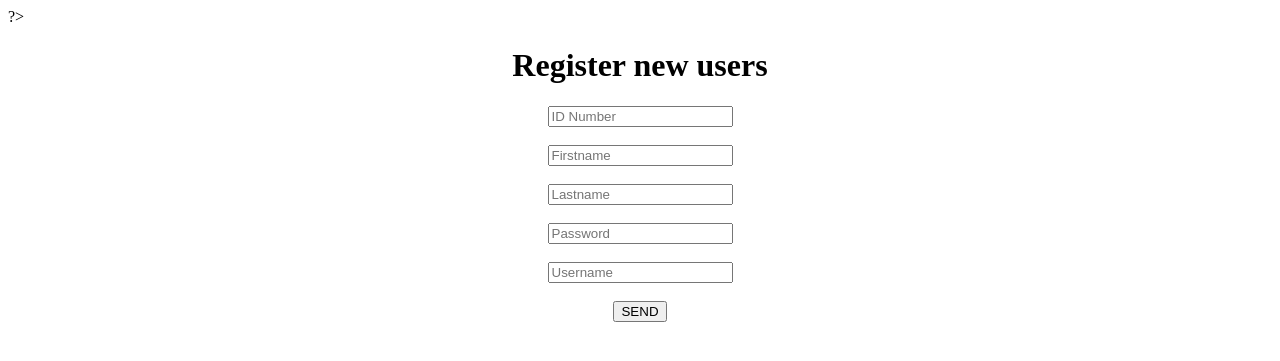
Repository: oforbes/CMail
Page: http://localhost/register.php
The author's editor kept a record of every edit. The page is drawn from the files as they stood at one moment, then again after the next edit.
The browser window is 1280 px wide. The pictures show the whole page.
The page is run by PHP 8.4 with error messages shown; the project is at /var/www/html/.

Above is the page before.

### register.php

<?php
/*
session_start();

if(isset($_SESSION['username'])!="")
{
 header("Location: main.php");
}
//include_once 'dbconnect.php';

if(isset($_POST['regbtn']))
{
 $firstname =$_POST['firstname'];
 $lastname = $_POST['lastname'];
 $password = $_POST['pword'];
 $username = $_POST['uname'];

 if(mysql_query("INSERT INTO user (firstname,lastname,password,username) VALUES('$firstname','$lastname','$password','$username')"))
 {
  ?>
        <script>alert('successfully registered ');</script>
        <?php
 }
 else
 {
  ?>
        <script>alert('error while registering you...');</script>
        <?php
 }
}
*/
/*

if (!isset($_SESSION)){
  session_start();
}



$servername = "127.0.0.1";
$usernme = "oforbes_";
$passwrd = "";
$dbname = "c9";

// Create connection
$conn = new mysqli($servername, $usernme, $passwrd, $dbname);
// Check connection
if ($conn->connect_error) {
    die("Connection failed: " . $conn->connect_error);
}



$firstname =$_POST['firstname'];
$lastname = $_POST['lastname'];
$password = $_POST['pword'];
$username = $_POST['uname'];

$sql = "INSERT INTO User (firstname, lastname, password, username)
VALUES ('$firstname', '$lastname', '$pword', '$uname')";


if ($conn->query($sql) === TRUE) {
    echo "New record created successfully";
} else {
    echo "Error: " . $sql . "<br>" . $conn->error;
}

$conn->close();

*/



	    //include('main.php');

	    // If the values are posted, insert them into the database.

	    if (isset($_POST['firstname']) && isset($_POST['lastname']) && isset($_POST['pword']) && isset($_POST['uname']) ){

	        $fname = $_POST['firstname'];

	        $lname = $_POST['lastname'];

	        $pass = $_POST['pword'];
            $usern = $_POST['uname'];


	        $query = "INSERT INTO user (username, password, email) VALUES ('$fname', '$lname', '$pass','$usern')";

	        $result = mysql_query($query);

	        if($result){

	            $msg = "User Created Successfully.";

	        }

	    }

	    ?>






?>


<html>
    <head>




    </head>

    <body>

        <form method="POST" action="<?php $_SERVER['PHP_SELF'] ?>">
            <center>
            <h1>Register new users</h1>

            <input type="text" name="idnumber" placeholder="ID Number" class="fld"/><br><br>
            <input type="text" name="firstname" placeholder="Firstname" class="fld"/><br><br>
            <input type="text" name="lastname" placeholder="Lastname" class="fld"/><br><br>
            <input type="text" name="pword" placeholder="Password" class="fld"/><br><br>
            <input type="text" name="uname" placeholder="Username" class="fld"/><br><br>

            <!--<button class="button" name="regbtn">SEND</button>-->
            <input type="submit" class="button" name="regbtn" value="SEND"/>


            </center>

        </form>






    </body>


</html>

After the next edit:
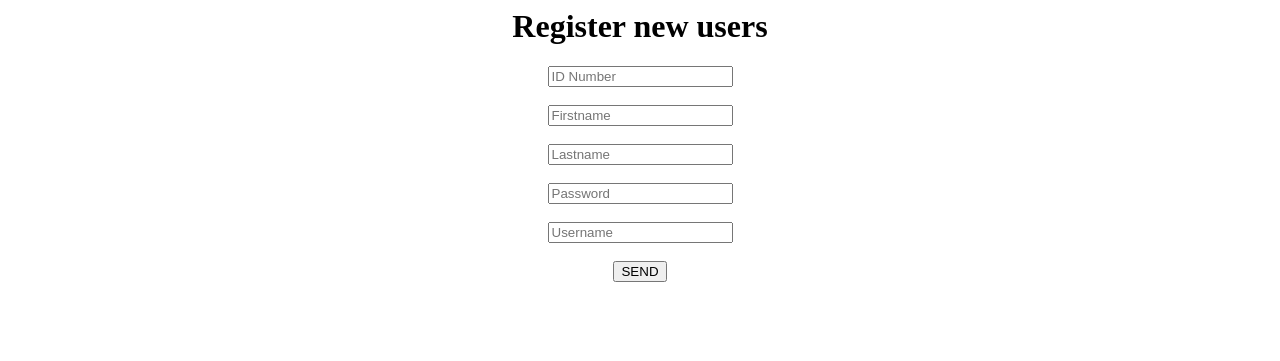
The edit:
--- a/register.php
+++ b/register.php
@@ -73,33 +73,8 @@
 
 
 
-	    //include('main.php');
-
-	    // If the values are posted, insert them into the database.
-
-	    if (isset($_POST['firstname']) && isset($_POST['lastname']) && isset($_POST['pword']) && isset($_POST['uname']) ){
-
-	        $fname = $_POST['firstname'];
-
-	        $lname = $_POST['lastname'];
-
-	        $pass = $_POST['pword'];
-            $usern = $_POST['uname'];
 
 
-	        $query = "INSERT INTO user (username, password, email) VALUES ('$fname', '$lname', '$pass','$usern')";
-
-	        $result = mysql_query($query);
-
-	        if($result){
-
-	            $msg = "User Created Successfully.";
-
-	        }
-
-	    }
-
-	    ?>
 
 
 
